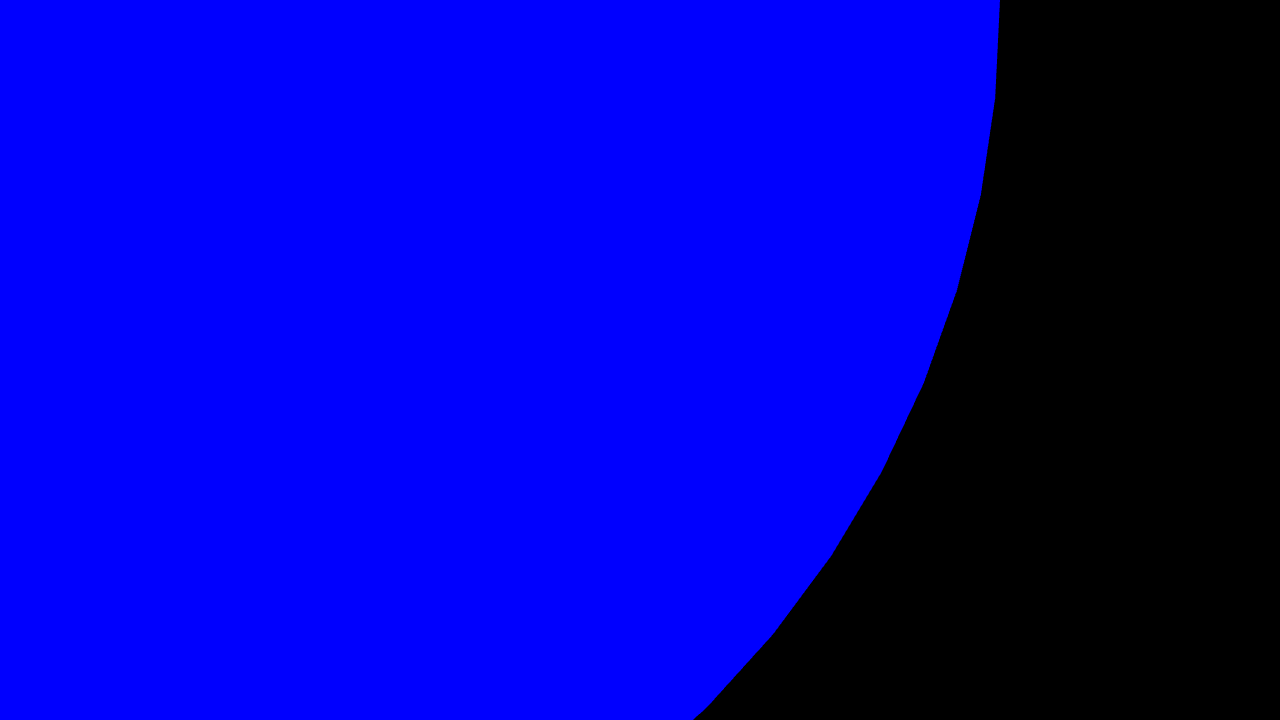
Repository: ZakariaZhlat125/multiple3dWindow
Page: index.html
The author's editor kept a copy of each file at every save. The page is drawn from the files as they stood at one save, then again after the next save.
The browser window is 1280 px wide. The pictures show the whole page.

Above is the page before, as saved 2023-12-03 22:17:05.
Console error: ReferenceError: cubes is not defined

### main.js
import WindowManager from "./WindowManager.js";

const t = THREE;
let camera, scene, renderer, world;
let near, far;
let pixR = window.devicePixelRatio ? window.devicePixelRatio : 1;
let balls = [];
let backgroundSphere;
let sceneOffsetTarget = { x: 0, y: 0 };
let sceneOffset = { x: 0, y: 0 };

let today = new Date();
today.setHours(0);
today.setMinutes(0);
today.setSeconds(0);
today.setMilliseconds(0);
today = today.getTime();

let internalTime = getTime();
let windowManager;
let initialized = false;

// get time in seconds since beginning of the day (so that all windows use the same time)
function getTime() {
  return (new Date().getTime() - today) / 1000.0;
}

if (new URLSearchParams(window.location.search).get("clear")) {
  localStorage.clear();
} else {
  // this code is essential to circumvent that some browsers preload the content of some pages before you actually hit the url
  document.addEventListener("visibilitychange", () => {
    if (document.visibilityState != "hidden" && !initialized) {
      init();
    }
  });

  window.onload = () => {
    if (document.visibilityState != "hidden") {
      init();
    }
  };

  function init() {
    initialized = true;

    // add a short timeout because window.offsetX reports wrong values before a short period
    setTimeout(() => {
      setupScene();
      setupWindowManager();
      resize();
      updateWindowShape(false);
      render();
      window.addEventListener("resize", resize);
      changeBallColors();
    }, 500);
  }

  function setupScene() {
    camera = new t.OrthographicCamera(
      0,
      0,
      window.innerWidth,
      window.innerHeight,
      -10000,
      10000
    );

    camera.position.z = 2.5;
    near = camera.position.z - 0.5;
    far = camera.position.z + 0.5;

    scene = new t.Scene();
    // scene.background = new t.Color(0.0);
	let geometry = new t.SphereGeometry(1000, 32, 32); // Increase the radius and segments for a large sphere
	let material = new t.MeshBasicMaterial({ color: 0x0000ff, side: t.BackSide }); // Set the color and render on the backside
	backgroundSphere = new t.Mesh(geometry, material);
	scene.add(backgroundSphere);
    scene.add(camera);

    renderer = new t.WebGLRenderer({ antialias: true, depthBuffer: true });
    renderer.setPixelRatio(pixR);

    world = new t.Object3D();
    scene.add(world);

    renderer.domElement.setAttribute("id", "scene");
    document.body.appendChild(renderer.domElement);
  }

  function setupWindowManager() {
    windowManager = new WindowManager();
    windowManager.setWinShapeChangeCallback(updateWindowShape);
    windowManager.setWinChangeCallback(windowsUpdated);

    // here you can add your custom metadata to each windows instance
    let metaData = { foo: "bar" };

    // this will init the windowmanager and add this window to the centralised pool of windows
    windowManager.init(metaData);

    windowsUpdated();
  }

  function windowsUpdated() {
    updateBalls();
  }

  function updateBalls() {
    let wins = windowManager.getWindows();

    balls.forEach((c) => {
      world.remove(c);
    });

	balls=[];
	for(let i =0 ; i< wins.length; i++){
		let win = wins[i];
		let c = new t.Color();
		c.setHSL(i * .1, 1.0, .5);
		let radius = 50 + i * 20; // Define radius for each ball
		let segments = 16;
		let geometry = new t.SphereGeometry(radius, segments, segments);
		let material = new t.MeshBasicMaterial({ color: c });
		let ball = new t.Mesh(geometry, material);

		ball.position.x = win.shape.x + (win.shape.w * .5);
		ball.position.y = win.shape.y + (win.shape.h * .5);

		world.add(ball);
		balls.push(ball);
	}


  }

  function updateWindowShape(easing = true) {
    // storing the actual offset in a proxy that we update against in the render function
    sceneOffsetTarget = { x: -window.screenX, y: -window.screenY };
    if (!easing) sceneOffset = sceneOffsetTarget;
  }

  function render() {
    let t = getTime();

    windowManager.update();

    // calculate the new position based on the delta between current offset and new offset times a falloff value (to create the nice smoothing effect)
    let falloff = 0.05;
    sceneOffset.x =
      sceneOffset.x + (sceneOffsetTarget.x - sceneOffset.x) * falloff;
    sceneOffset.y =
      sceneOffset.y + (sceneOffsetTarget.y - sceneOffset.y) * falloff;

    // set the world position to the offset
    world.position.x = sceneOffset.x;
    world.position.y = sceneOffset.y;

    let wins = windowManager.getWindows();

    for (let i = 0; i < balls.length; i++) {
      let ball = balls[i];
      let win = wins[i];
      let _t = t; // + i * .2;

      let posTarget = {
        x: win.shape.x + win.shape.w * 0.5,
        y: win.shape.y + win.shape.h * 0.5,
      };

      ball.position.x =
        ball.position.x + (posTarget.x - ball.position.x) * falloff;
      ball.position.y =
        ball.position.y + (posTarget.y - ball.position.y) * falloff;
      ball.rotation.x = _t * 0.5;
      ball.rotation.y = _t * 0.3;
    }

    renderer.render(scene, camera);
    requestAnimationFrame(render);
  }
  function changeBallColors() {
	setInterval(() => {
	  cubes.forEach((ball) => {
		const randomColor = Math.random() * 0xffffff; // Generate a random color
		ball.material.color.setHex(randomColor); // Set the new color to the ball's material
	  });
	}, 2000); // Change color every 4 seconds
  }
  // resize the renderer to fit the window size
  function resize() {
    let width = window.innerWidth;
    let height = window.innerHeight;

    camera = new t.OrthographicCamera(0, width, 0, height, -10000, 10000);
    camera.updateProjectionMatrix();
    renderer.setSize(width, height);
  }
}

### WindowManager.js
class WindowManager
{
	#windows;
	#count;
	#id;
	#winData;
	#winShapeChangeCallback;
	#winChangeCallback;

	constructor ()
	{
		let that = this;

		// event listener for when localStorage is changed from another window
		addEventListener("storage", (event) =>
		{
			if (event.key == "windows")
			{
				let newWindows = JSON.parse(event.newValue);
				let winChange = that.#didWindowsChange(that.#windows, newWindows);

				that.#windows = newWindows;

				if (winChange)
				{
					if (that.#winChangeCallback) that.#winChangeCallback();
				}
			}
		});

		// event listener for when current window is about to ble closed
		window.addEventListener('beforeunload', function (e)
		{
			let index = that.getWindowIndexFromId(that.#id);

			//remove this window from the list and update local storage
			that.#windows.splice(index, 1);
			that.updateWindowsLocalStorage();
		});
	}

	// check if theres any changes to the window list
	#didWindowsChange (pWins, nWins)
	{
		if (pWins.length != nWins.length)
		{
			return true;
		}
		else
		{
			let c = false;

			for (let i = 0; i < pWins.length; i++)
			{
				if (pWins[i].id != nWins[i].id) c = true;
			}

			return c;
		}
	}

	// initiate current window (add metadata for custom data to store with each window instance)
	init (metaData)
	{
		this.#windows = JSON.parse(localStorage.getItem("windows")) || [];
		this.#count= localStorage.getItem("count") || 0;
		this.#count++;

		this.#id = this.#count;
		let shape = this.getWinShape();
		this.#winData = {id: this.#id, shape: shape, metaData: metaData};
		this.#windows.push(this.#winData);

		localStorage.setItem("count", this.#count);
		this.updateWindowsLocalStorage();
	}

	getWinShape ()
	{
		let shape = {x: window.screenLeft, y: window.screenTop, w: window.innerWidth, h: window.innerHeight};
		return shape;
	}

	getWindowIndexFromId (id)
	{
		let index = -1;

		for (let i = 0; i < this.#windows.length; i++)
		{
			if (this.#windows[i].id == id) index = i;
		}

		return index;
	}

	updateWindowsLocalStorage ()
	{
		localStorage.setItem("windows", JSON.stringify(this.#windows));
	}

	update ()
	{
		//console.log(step);
		let winShape = this.getWinShape();

		//console.log(winShape.x, winShape.y);

		if (winShape.x != this.#winData.shape.x ||
			winShape.y != this.#winData.shape.y ||
			winShape.w != this.#winData.shape.w ||
			winShape.h != this.#winData.shape.h)
		{

			this.#winData.shape = winShape;

			let index = this.getWindowIndexFromId(this.#id);
			this.#windows[index].shape = winShape;

			//console.log(windows);
			if (this.#winShapeChangeCallback) this.#winShapeChangeCallback();
			this.updateWindowsLocalStorage();
		}
	}

	setWinShapeChangeCallback (callback)
	{
		this.#winShapeChangeCallback = callback;
	}

	setWinChangeCallback (callback)
	{
		this.#winChangeCallback = callback;
	}

	getWindows ()
	{
		return this.#windows;
	}

	getThisWindowData ()
	{
		return this.#winData;
	}

	getThisWindowID ()
	{
		return this.#id;
	}
}

export default WindowManager;

Loaded but not shown: index.html (common file); three.r124.min.js (library)

After the next save:
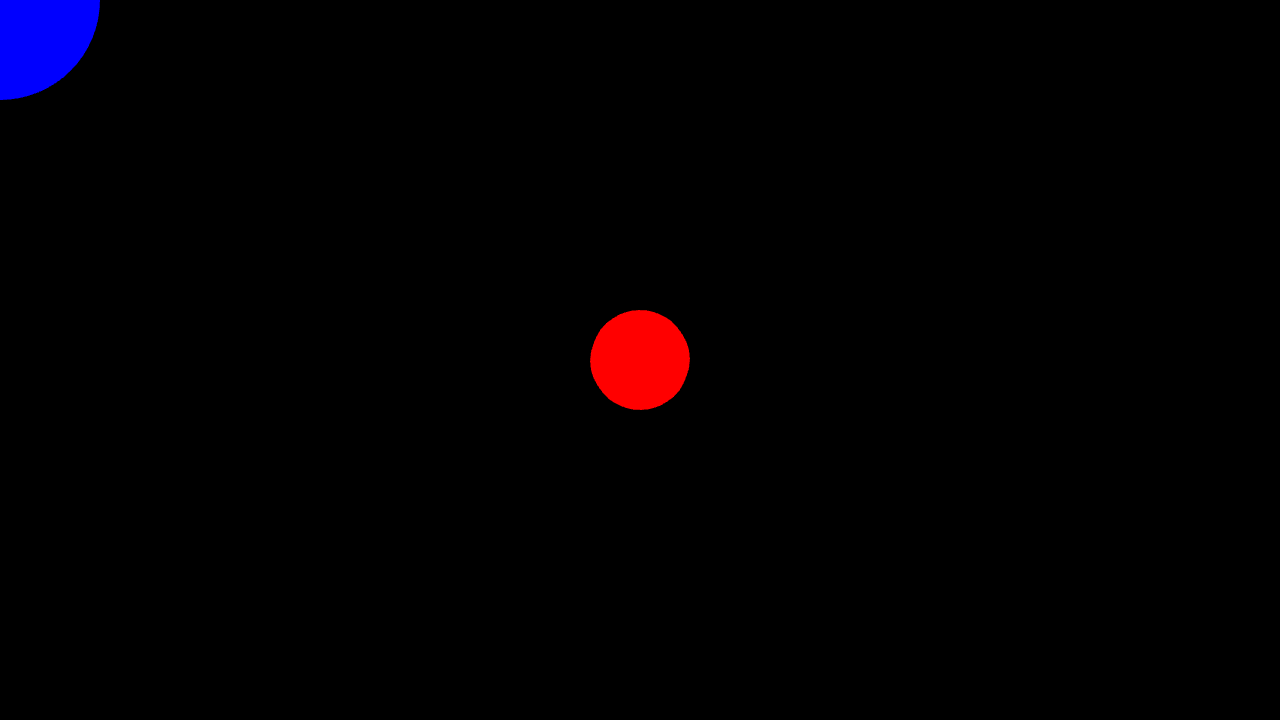
Saved 41 s later.
--- a/main.js
+++ b/main.js
@@ -57,25 +57,16 @@ if (new URLSearchParams(window.location.search).get("clear")) {
   }
 
   function setupScene() {
-    camera = new t.OrthographicCamera(
-      0,
-      0,
-      window.innerWidth,
-      window.innerHeight,
-      -10000,
-      10000
-    );
+    camera = new t.PerspectiveCamera(75, window.innerWidth / window.innerHeight, 0.1, 1000);
+  camera.position.z = 5;
 
-    camera.position.z = 2.5;
-    near = camera.position.z - 0.5;
-    far = camera.position.z + 0.5;
+  scene = new t.Scene();
 
-    scene = new t.Scene();
-    // scene.background = new t.Color(0.0);
-	let geometry = new t.SphereGeometry(1000, 32, 32); // Increase the radius and segments for a large sphere
-	let material = new t.MeshBasicMaterial({ color: 0x0000ff, side: t.BackSide }); // Set the color and render on the backside
-	backgroundSphere = new t.Mesh(geometry, material);
-	scene.add(backgroundSphere);
+  // Create a large sphere to act as the background
+  let geometry = new t.SphereGeometry(100, 32, 32); // Adjust the radius as needed
+  let material = new t.MeshBasicMaterial({ color: 0x0000ff, side: t.BackSide }); // Set the color and render on the backside
+  backgroundSphere = new t.Mesh(geometry, material);
+  scene.add(backgroundSphere);
     scene.add(camera);
 
     renderer = new t.WebGLRenderer({ antialias: true, depthBuffer: true });
